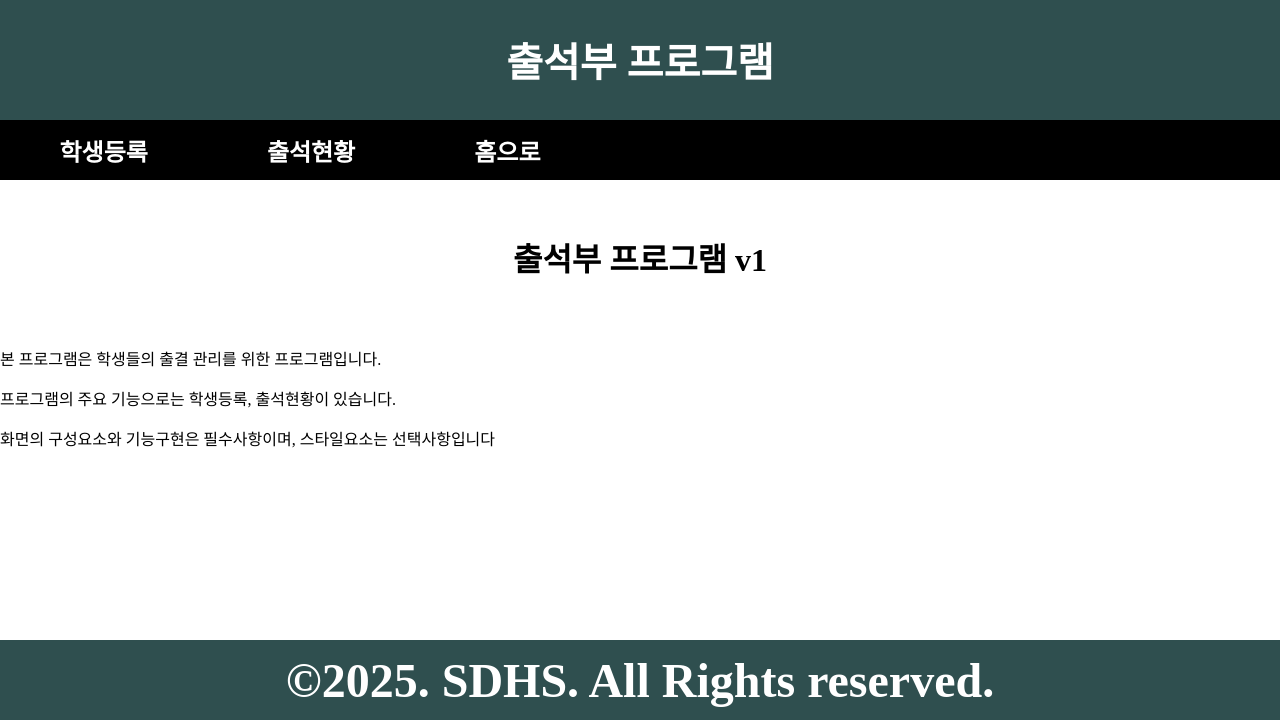
Repository: balhyo-younjisang/DigitechJSP
Page: http://localhost/rollbook/
These files come from the project's save history. The page is drawn as it stood at one moment and after the next save; the edit follows.
The browser window is 1280 px wide. The pictures show the whole page.
The page is served by Tomcat 9. Other server files are loaded and not shown.

Above is the page before, as saved 2025-03-31 03:57:28.

### rollbook/src/main/webapp/index.jsp
<%@ page language="java" contentType="text/html; charset=UTF-8"
	pageEncoding="UTF-8"%>
<!DOCTYPE html>
<html>
<head>
<meta charset="UTF-8">
<title>출석부 프로그램</title>
<link rel="stylesheet" href="./css/style.css">
</head>
<body>
	<%@ include file="./component/header.jsp"%>
	<main>
		<h2>출석부 프로그램 v1</h2>
		<section class="content">
			<p>본 프로그램은 학생들의 출결 관리를 위한 프로그램입니다.</p>
			<p>프로그램의 주요 기능으로는 학생등록, 출석현황이 있습니다.</p>
			<p>화면의 구성요소와 기능구현은 필수사항이며, 스타일요소는 선택사항입니다</p>
		</section>
	</main>
	<%@ include file="./component/footer.jsp"%>
</body>
</html>

### rollbook/src/main/webapp/component/header.jsp
<%@ page language="java" contentType="text/html; charset=UTF-8"
	pageEncoding="UTF-8"%>
<header>
	<div class="header">
		<h1>출석부 프로그램</h1>
	</div>
	<nav>
		<ul class="gnb">
			<li><a href="register.jsp">학생등록</a></li>
			<li><a href="#">출석현황</a></li>
			<li><a href="index.jsp">홈으로</a></li>
		</ul>
	</nav>
</header>

### rollbook/src/main/webapp/component/footer.jsp
<%@ page language="java" contentType="text/html; charset=UTF-8"
	pageEncoding="UTF-8"%>
<footer>
	<h2>©2025. SDHS. All Rights reserved.</h2>
</footer>

### rollbook/src/main/webapp/css/style.css
@charset "UTF-8";

* {
	margin: 0px;
	padding: 0px;
	box-sizing: border-box;
}

ul, li {
	list-style: none;
}

a {
	text-decoration: none;
	color: inherit;
}

header {
	width: 100vw;
	height: 180px;
}

header .header {
	width: 100%;
	height: 120px;
	display: flex;
	align-items: center;
	justify-content: center;
	background-color: darkslategrey;
}

header .header h1 {
	font-size: 40px;
	color: white;
}

header nav {
	height: 60px;
	width: 100%;
	background-color: black;
}

header nav .gnb {
	display: flex;
	align-items: center;
	justify-content: space-around;
	width: 600px;
	height: 100%;
	font-size: 24px;
	color: white;
	font-weight: bold;
}

main {
	height: calc(100vh - 180px - 80px);
	width: 100vw;
}

main h2 {
	text-align: center;
	line-height: 160px;
	font-size: 32px;
	font-weight: bold;
}

main .content {
	line-height: 40px;
}


footer {
	width: 100%;
	height: 80px;
	background-color: darkslategrey;
	color: white;
	font-size: 32px;
	display: flex;
	align-items: center;
	justify-content: center;
	position: fixed;
	bottom: 0;
	right: 0;
}

After the next save:
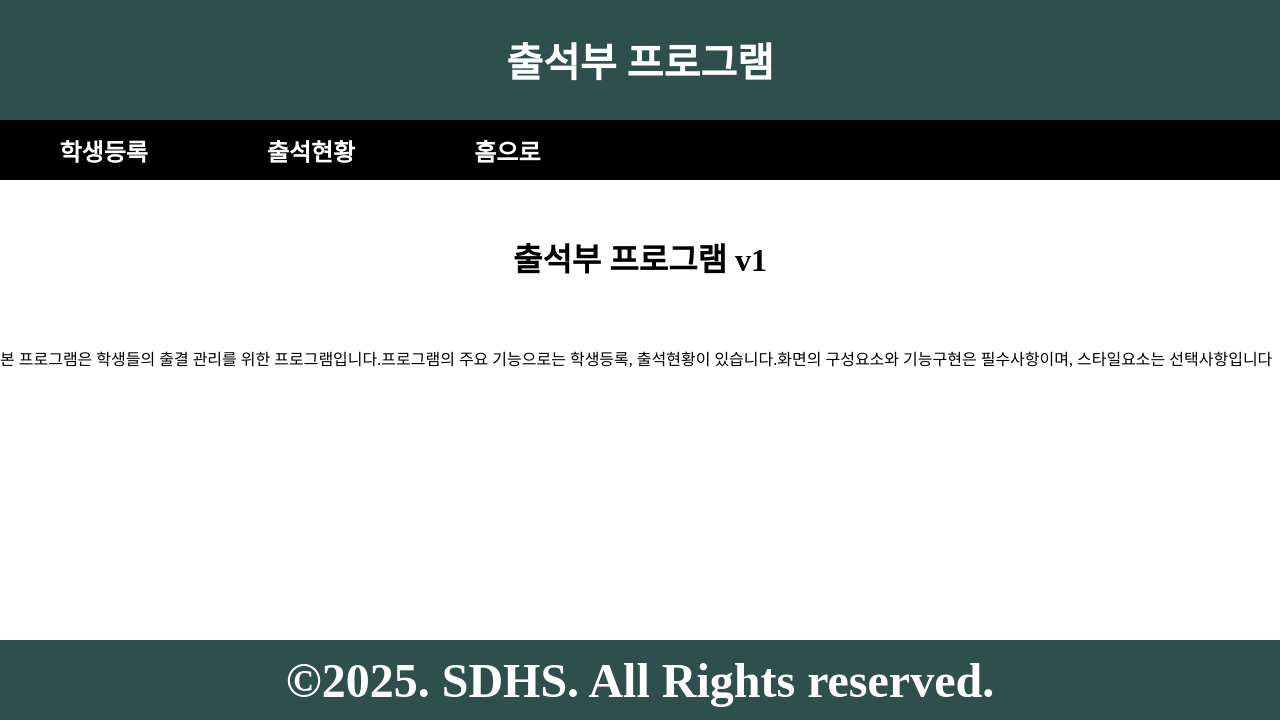
Saved 6 s later.
--- a/rollbook/src/main/webapp/css/style.css
+++ b/rollbook/src/main/webapp/css/style.css
@@ -65,6 +65,8 @@ main h2 {
 
 main .content {
 	line-height: 40px;
+	display: flex;
+	align-items: center;
 }
 
 
